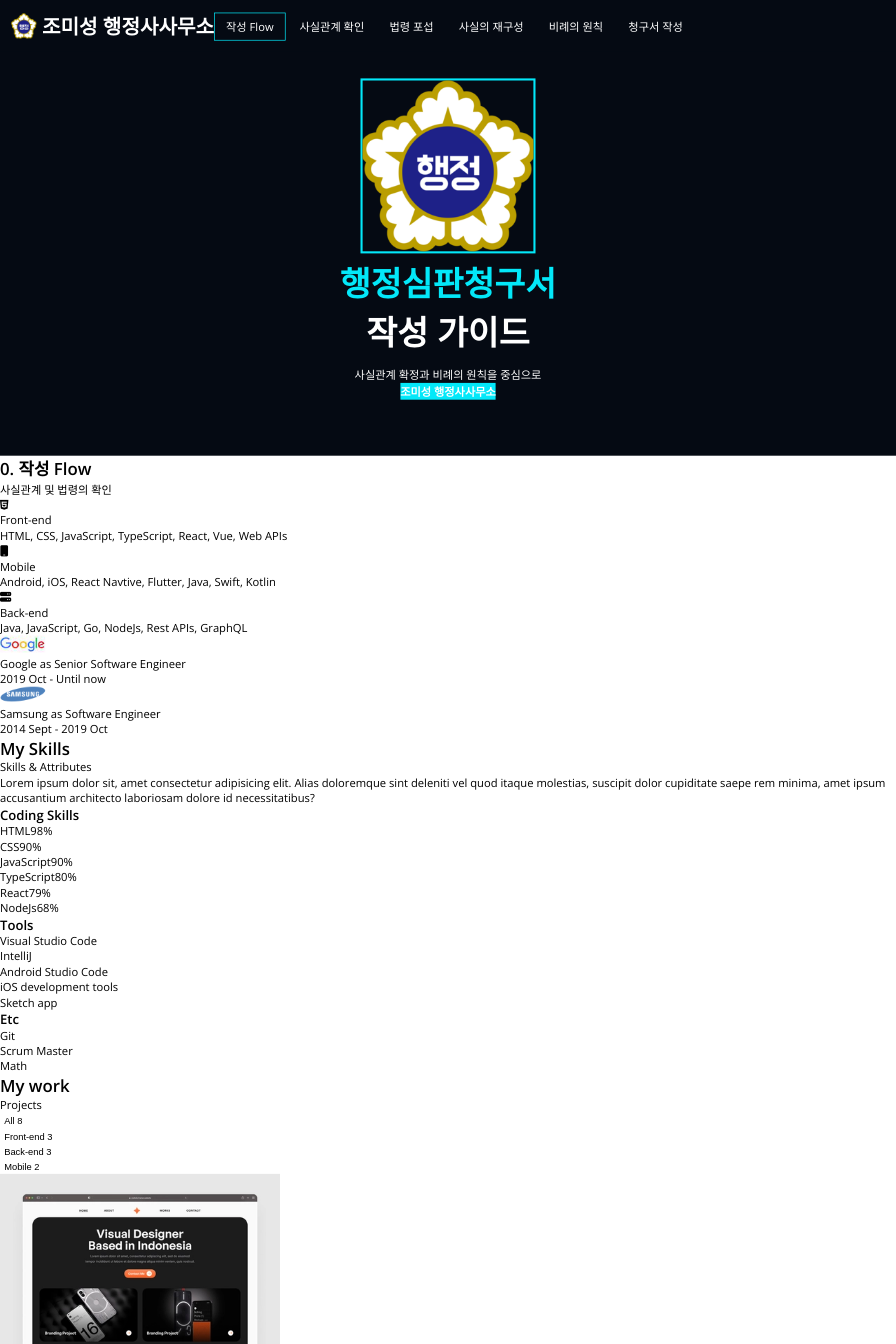
Repository: eggmoon/eggmoon_new
Page: index.html
An editor plug-in stored every save of this project. The page is shown before and after the next save, followed by the edit.
The browser window is 1280 px wide. The pictures show the part of the page from y = 0 to 1920 px (the page is 5654 px tall before and 5670 px after), at 70% of full size.
Some web libraries are served in a nearby version.

Above is the page before, as saved 2025-02-26 10:44:48.

After the next save:
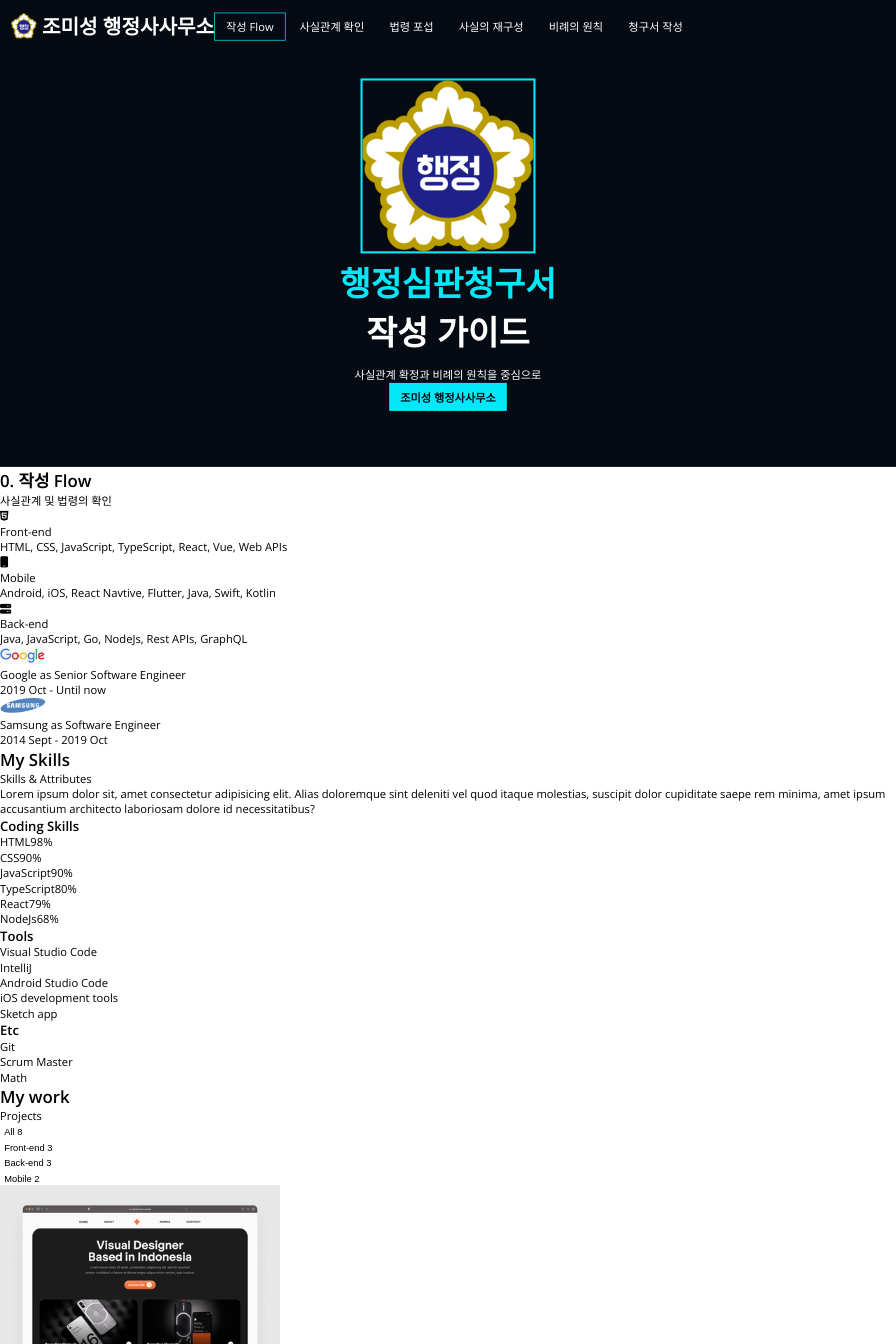
Saved 8 s later.
--- a/css/style.css
+++ b/css/style.css
@@ -113,7 +113,7 @@
 
   display: inline-block;
   background-color: var(--color-accent);
-  color: var(--color-black)함
+  color: var(--color-black);
   padding: 0.5rem 1rem;
   font-weight: bold;
 }
